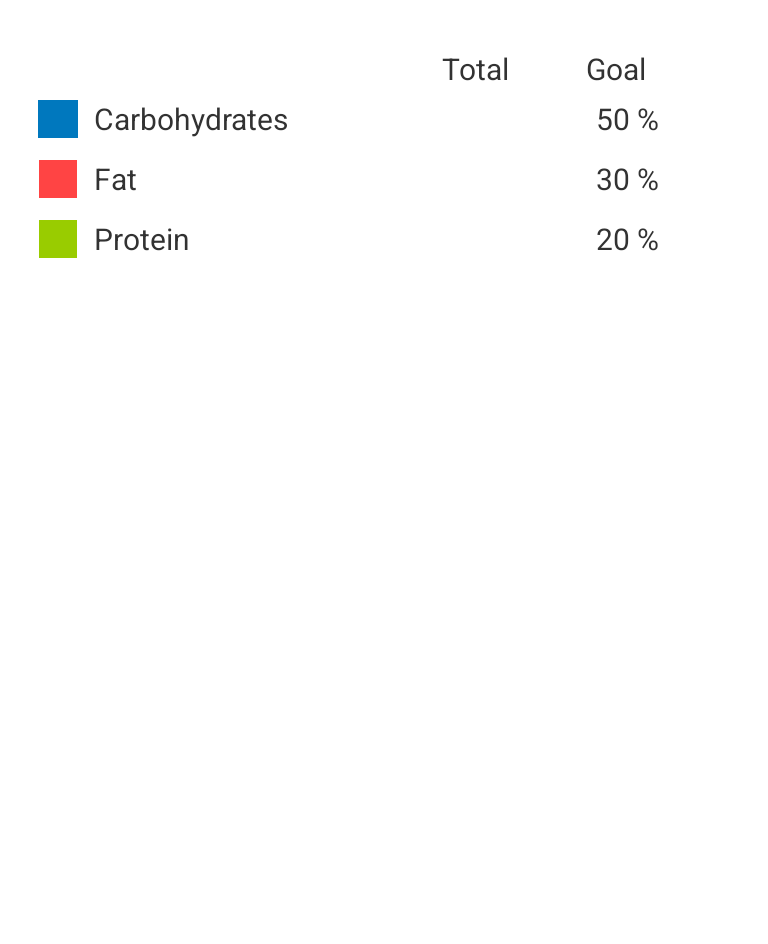
Repository: JieD/nutriy
Layout: NutriY/res/layout/fragment_nutrition_chart.xml
The author's editor kept a copy of each file at every save. The layout is drawn from the files as they stood at one save, then again after the next save.
The pictures show rows 336 to 1280 of an output 1280 px tall.
It is drawn on a 768 x 1280 px phone screen (xhdpi) without system bars, with theme AppTheme; the app's code is not run.

Above is the layout before, as saved 2014-05-11 05:52:17.

### NutriY/res/layout/fragment_nutrition_chart.xml
<?xml version="1.0" encoding="utf-8"?>
<RelativeLayout xmlns:android="http://schemas.android.com/apk/res/android"
    xmlns:piechart="http://schemas.android.com/apk/res/sfsu.csc780.jied.nutriy"
    android:layout_width="match_parent"
    android:layout_height="match_parent" >

	 <sfsu.csc780.jied.nutriy.PieChart
	     android:id="@+id/piechart"
	     android:layout_width="match_parent"
	     android:layout_height="160dp"
	     android:layout_centerHorizontal="true"
	     android:layout_marginLeft="@dimen/small_horizontal_margin"
         android:layout_marginRight="@dimen/small_horizontal_margin"
         android:layout_marginTop="@dimen/small_vertical_margin"
         android:layout_marginBottom="@dimen/small_vertical_margin"
         android:paddingTop="@dimen/medium_padding"
         android:paddingBottom="@dimen/medium_padding"

	     piechart:showChart="true"
	     piechart:textColor="@color/white"
	     piechart:emptyPieColor="@color/empty_pie_blue"
	     piechart:carbSliceColor="@color/pie_blue"
	     piechart:fatSliceColor="@color/pie_red"
	     piechart:proteinSliceColor="@color/pie_green"
	     piechart:carbPercentage="50"
	     piechart:fatPercentage="30"
	     piechart:proteinPercentage="20"
	     />

	 <TableLayout
	     android:id="@+id/piechart_table"
	     android:layout_below="@id/piechart"
	     android:layout_width="match_parent" android:layout_height="wrap_content"
	     android:layout_marginLeft="@dimen/activity_horizontal_margin"
         android:layout_marginRight="@dimen/activity_horizontal_margin"
         android:layout_marginTop="@dimen/activity_vertical_margin"
         android:layout_marginBottom="@dimen/activity_vertical_margin">

	     <TableRow>
	         <TextView
                 android:layout_weight="1" />
             <TextView
                 android:layout_weight="4" />
             <TextView
                 android:layout_weight="2"
                 android:text="@string/total"
                 android:textSize="@dimen/medium_text_size" />
             <TextView
                 android:layout_weight="2"
                 android:text="@string/goal"
                 android:textSize="@dimen/medium_text_size" />
	     </TableRow>

	     <TableRow
	         android:minHeight="@dimen/medium_entry_height">
	         <TextView
	             android:layout_margin="3dp"
                 android:layout_weight="1" android:layout_gravity="center_vertical"
                 android:background= "@drawable/carb_pie_color_box"/>
             <TextView
                 android:layout_weight="4" android:layout_gravity="center"
                 android:paddingLeft="@dimen/small_padding"
                 android:text="@string/Carbohydrates" android:textSize="@dimen/medium_text_size"/>
             <TextView
                 android:id="@+id/carb_percentage"
                 android:layout_weight="2" android:layout_gravity="center_vertical"
                 android:paddingLeft="@dimen/small_padding" android:text=""
                 android:textSize="@dimen/medium_text_size" />
             <TextView
                 android:layout_weight="2" android:layout_gravity="center_vertical"
                 android:paddingLeft="@dimen/small_padding" android:text="@string/carbs_goal"
                 android:textSize="@dimen/medium_text_size" />
	     </TableRow>

	     <TableRow
	         android:minHeight="@dimen/medium_entry_height">
	         <TextView
                 android:layout_weight="1" android:layout_gravity="center"
                 android:background= "@drawable/fat_pie_color_box"/>
             <TextView
                 android:layout_weight="4" android:layout_gravity="center_vertical"
                 android:paddingLeft="@dimen/small_padding" android:text="@string/Fat"
                 android:textSize="@dimen/medium_text_size" />
             <TextView
                 android:id="@+id/fat_percentage"
                 android:layout_weight="2" android:layout_gravity="center_vertical"
                 android:paddingLeft="@dimen/small_padding" android:text=""
                 android:textSize="@dimen/medium_text_size" />
             <TextView
                 android:layout_weight="2" android:layout_gravity="center_vertical"
                 android:paddingLeft="@dimen/small_padding" android:text="@string/fat_goal"
                 android:textSize="@dimen/medium_text_size" />
	     </TableRow>

	     <TableRow
	         android:minHeight="@dimen/medium_entry_height">
	         <TextView
                 android:layout_weight="1" android:layout_gravity="center"
                 android:background= "@drawable/protein_pie_color_box"/>
             <TextView
                 android:layout_weight="4" android:layout_gravity="center_vertical"
                 android:paddingLeft="@dimen/small_padding" android:text="@string/Protein"
                 android:textSize="@dimen/medium_text_size"/>
             <TextView
                 android:id="@+id/protein_percentage"
                 android:layout_weight="2" android:layout_gravity="center_vertical"
                 android:paddingLeft="@dimen/small_padding" android:text=""
                 android:textSize="@dimen/medium_text_size" />
             <TextView
                 android:layout_weight="2" android:layout_gravity="center_vertical"
                 android:paddingLeft="@dimen/small_padding" android:text="@string/protein_goal"
                 android:textSize="@dimen/medium_text_size" />
	     </TableRow>

	 </TableLayout>

</RelativeLayout>

### NutriY/res/values/colors.xml
<?xml version="1.0" encoding="utf-8"?>
<resources>
    <color name="white">#FFFFFFFF</color>
    <color name="my_green">#FF00BE00</color>
    <color name="my_red">#FFFF0000</color>
    <color name="my_blue">#FF0078BE</color>
    <color name="light_blue">#FFE1EEFF</color>
    <color name="low_light_gray">#FFFAFAFA</color>
    <color name="mid_light_gray">#FFEEEEEE</color>
    <color name="text_gray">#FFAAAAAA</color>
    <color name="empty_pie_blue">#FF8FCEFF</color>
    <color name="pie_blue">#FF0078BE</color>
    <color name="pie_red">#FFFF4444</color>
    <color name="pie_green">#FF99CC00</color>
</resources>

### NutriY/res/values/dimens.xml
<resources>

    <!-- Default screen margins, per the Android Design guidelines. -->
    <dimen name="activity_horizontal_margin">16dp</dimen>
    <dimen name="activity_vertical_margin">16dp</dimen>
    <dimen name="small_horizontal_margin">8dp</dimen>
    <dimen name="small_vertical_margin">8dp</dimen>

    <dimen name="small_padding">5dp</dimen>
    <dimen name="medium_padding">8dp</dimen>
    <dimen name="large_padding">10dp</dimen>
    <dimen name="extra_large_padding">12dp</dimen>
    <dimen name="navigation_item_padding">20dp</dimen>

    <dimen name="extra_small_text_size">10sp</dimen>
    <dimen name="small_text_size">12sp</dimen>
    <dimen name="medium_text_size">15sp</dimen>
    <dimen name="medium_large_text_size">18sp</dimen>
    <dimen name="large_text_size">20sp</dimen>
    <dimen name="extra_large_text_size">40sp</dimen>

    <dimen name="large_entry_height">50dp</dimen>
    <dimen name="medium_large_entry_height">35dp</dimen>
    <dimen name="medium_entry_height">30dp</dimen>
    <dimen name="small_entry_height">25dp</dimen>
    <dimen name="table_entry_height">20dp</dimen>

    <dimen name="drawer_width">240dp</dimen>
</resources>

### NutriY/res/values/strings.xml
<?xml version="1.0" encoding="utf-8"?>
<resources>

    <string name="app_name">NutriY</string>
    <string name="action_settings">Settings</string>

    <string name="date">Today</string>
    <string name="calories_remaining_number">1200</string>
    <string name="calories_remaining">CALORIES REMAINING</string>
    <string name="add_to_diary">Add to Diary</string>
    <string name="goal_calorie_number">1200</string>
    <string name="food_calorie_number">+ 0</string>
    <string name="exercise_calorie_number">- 0</string>
    <string name="net_calorie_number">0</string>
    <string name="uc_goal">GOAL</string>
    <string name="uc_food">FOOD</string>
    <string name="uc_exercise">EXERCISE</string>
    <string name="uc_net">NET</string>
    <string name="goal">Goal</string>
    <string name="total">Total</string>
    <string name="left">Left</string>
    <string name="daily_summary">DAILY SUMMARY</string>
    <string name="total_fat">Total Fat (g)</string>
    <string name="saturated_fat">Saturated (g)</string>
    <string name="trans_fat">Trans (g)</string>
    <string name="cholesterol">Cholesterol (mg)</string>
    <string name="sodium">Sodium (mg)</string>
    <string name="potassium">Potassium (mg)</string>
    <string name="total_carbs">Total Carbs (g)</string>
    <string name="fiber">Dietary Fiber (g)</string>
    <string name="sugar">Sugars (g)</string>
    <string name="protein">Protein (g)</string>
    <string name="vit_A">Vitamin A</string>
    <string name="vit_C">Vitamin C</string>
    <string name="calcium">Calcium</string>
    <string name="iron">Iron</string>
    <string name="default_number">0</string>
    <string name="meals">MEALS</string>
    <string name="water_upcase">WATER</string>
    <string name="notes">NOTES</string>
    <string name="breakfast">Breakfast</string>
    <string name="lunch">Lunch</string>
    <string name="dinner">Dinner</string>
    <string name="snacks">Snacks</string>
    <string name="cardiovascular">Cardiovascular</string>
    <string name="strength">Strength</string>
    <string name="water">Water</string>
    <string name="food_notes">Food Notes</string>
    <string name="exercise_notes">Exercise Notes</string>

    <string-array name="navigations_array">
        <item>Home</item>
        <item>Diary</item>
        <item>Nutrition</item>
        <item>Progress</item>
        <item>Goals</item>
        <item>Settings</item>
    </string-array>

    <string name="drawer_open">Open Drawer</string>
    <string name="drawer_close">Close Drawer</string>
    <string name="title_activity_nutrition_page">NutritionPageActivity</string>

    <string name="calorie_breakdown">CALORIE BREAKDOWN</string>
    <string name="Carbohydrates">Carbohydrates</string>
    <string name="Fat">Fat</string>
    <string name="Protein">Protein</string>
    <string name="carbs_goal">50 %</string>
    <string name="fat_goal">30 %</string>
    <string name="protein_goal">20 %</string>


</resources>

### NutriY/res/drawable-mdpi/carb_pie_color_box.xml
<?xml version="1.0" encoding="utf-8"?>
<shape xmlns:android="http://schemas.android.com/apk/res/android" >

    <size android:width="1dp" android:height="1dp" />
    <solid android:color="@color/pie_blue" />

</shape>

### NutriY/res/drawable-mdpi/fat_pie_color_box.xml
<?xml version="1.0" encoding="utf-8"?>
<shape xmlns:android="http://schemas.android.com/apk/res/android" >

    <solid android:color="@color/pie_red" />

</shape>

### NutriY/res/drawable-mdpi/protein_pie_color_box.xml
<?xml version="1.0" encoding="utf-8"?>
<shape xmlns:android="http://schemas.android.com/apk/res/android" >

    <solid android:color="@color/pie_green" />

</shape>

Loaded but not shown: NutriY/res/values/styles.xml (common file); NutriY/res/values-v11/styles.xml (common file); NutriY/res/values-v14/styles.xml (common file); NutriY/res/values-w820dp/dimens.xml (common file)

After the next save:
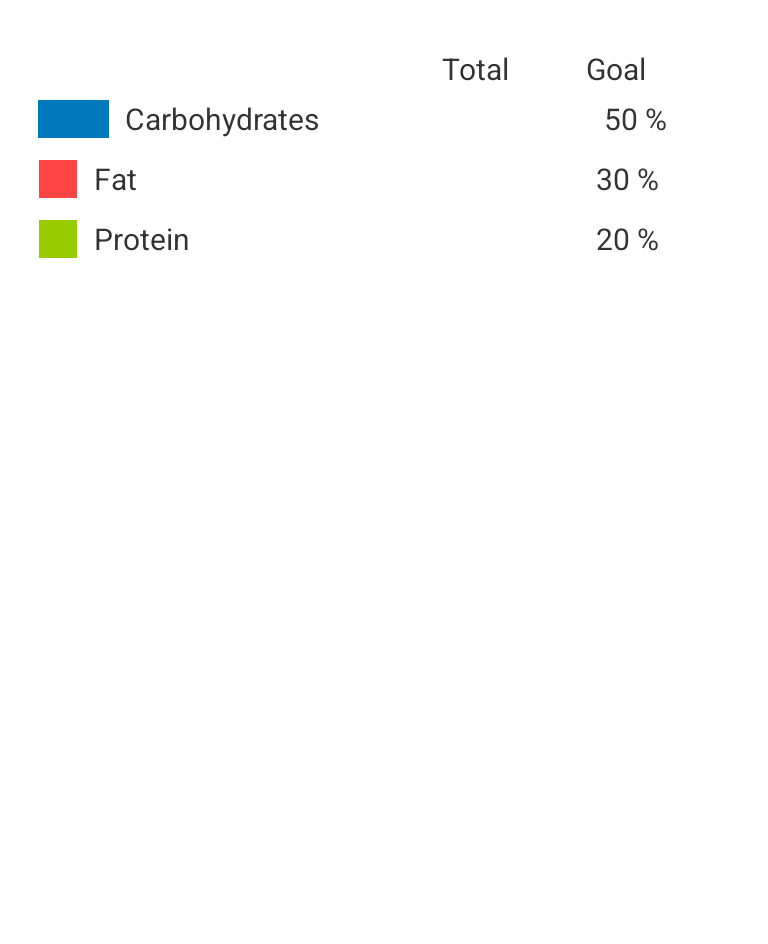
Saved 43 s later.
--- a/NutriY/res/layout/fragment_nutrition_chart.xml
+++ b/NutriY/res/layout/fragment_nutrition_chart.xml
@@ -55,7 +55,7 @@
 	         android:minHeight="@dimen/medium_entry_height">
 	         <TextView
 	             android:layout_margin="3dp"
-                 android:layout_weight="1" android:layout_gravity="center_vertical"
+                 android:layout_weight="2" android:layout_gravity="center_vertical"
                  android:background= "@drawable/carb_pie_color_box"/>
              <TextView
                  android:layout_weight="4" android:layout_gravity="center"

After the save that followed:
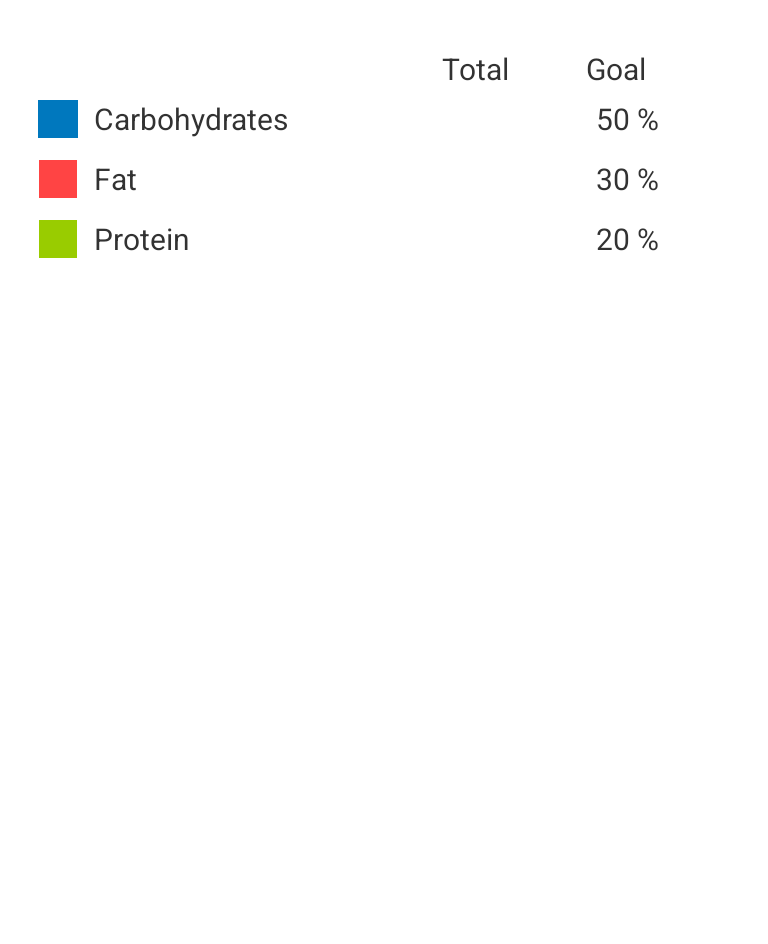
Saved 24 s later.
--- a/NutriY/res/layout/fragment_nutrition_chart.xml
+++ b/NutriY/res/layout/fragment_nutrition_chart.xml
@@ -55,7 +55,7 @@
 	         android:minHeight="@dimen/medium_entry_height">
 	         <TextView
 	             android:layout_margin="3dp"
-                 android:layout_weight="2" android:layout_gravity="center_vertical"
+                 android:layout_weight="1" android:layout_gravity="center_vertical"
                  android:background= "@drawable/carb_pie_color_box"/>
              <TextView
                  android:layout_weight="4" android:layout_gravity="center"
